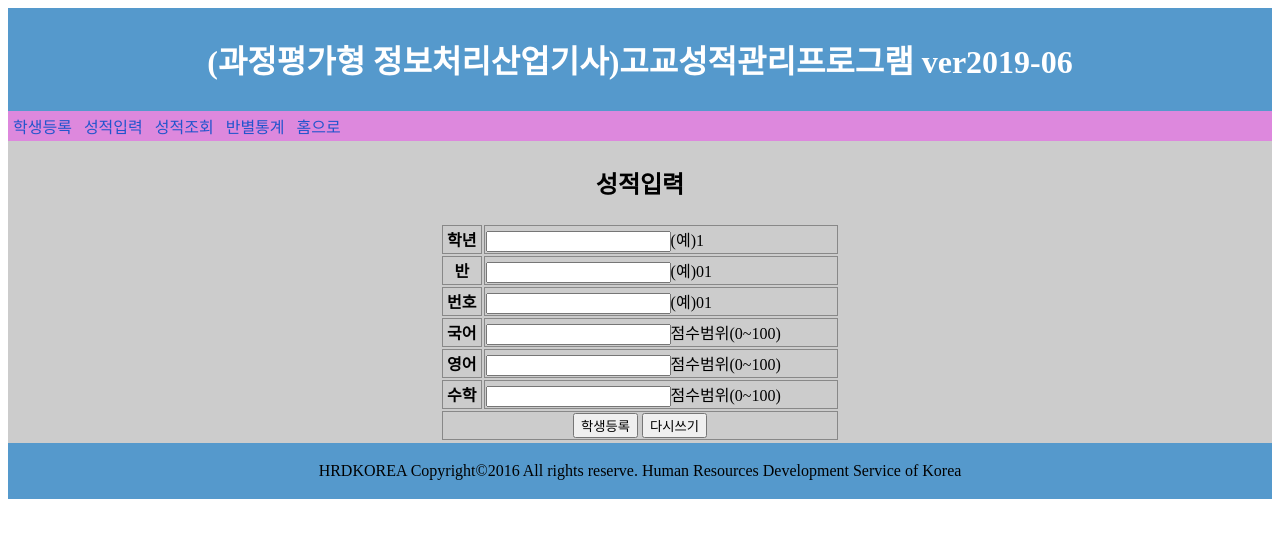
Repository: bolbbal/jdbc
Page: http://localhost/cbq_99/sub2.jsp
An editor plug-in stored every save of this project. The page is shown before and after the next save, followed by the edit.
The browser window is 1280 px wide. The pictures show the whole page.
The page is served by Tomcat 9. Other server files are loaded and not shown.

Above is the page before, as saved 2024-08-26 07:54:47.

### javastudy18/jspStudy/cbq_99/cbq_99/WebContent/sub2.jsp
<%@ page language="java" contentType="text/html; charset=UTF-8"
	pageEncoding="UTF-8"%>
<%@ page import="Model.*"%>
<%@ page import="java.sql.*"%>
<%@ page import="java.util.*"%>
<%@ page import="java.text.*"%>
<!DOCTYPE html>
<html>
<head>
<meta charset="UTF-8">
<title>고교성적관리</title>
<style>
header {
	background: #59c;
	padding: 1px;
}

h1 {
	color: #fff;
	text-align: center;
	padding: 6px
}

nav {
	background: #D8D;
	padding: 1px
}

a {
	text-decoration: none;
	color: #25C;
	display: inline-block;
	padding: 2px 4px;
}

section {
	padding: 1px;
	background: #CCC;
}

h2 {
	text-align: center;
	padding: 3px;
}

footer {
	background: #59c;
	padding: 1px;
}

footer p {
	text-align: center;
	padding: 2px;
}

tr, th, td {
	border-style: solid;
	border-width: 1px;
	border-color: #888;
}

table {
	margin: 0 auto;
	width:400px;
}
</style>
<script type="text/javascript">
	function check() {
		if (my.syear.value == "") {
			alert("학년정보가 입력되지 않았습니다!");
			my.syear.focus();
			return false;
		}
		if (my.sclass.value == "") {
			alert("반정보가 입력되지 않았습니다!");
			my.sclass.focus();
			return false;
		}
		if (my.sno.value == "") {
			alert("번호정보가 입력되지 않았습니다!");
			my.sno.focus();
			return false;
		}
		if (my.kor.value == "") {
			alert("국어성적이 입력되지 않았습니다!");
			my.kor.focus();
			return false;
		}
		if (my.eng.value == "") {
			alert("영어성적이 입력되지 않았습니다!");
			my.eng.focus();
			return false;
		}
		if (my.mat.value == "") {
			alert("수학성적이 입력되지 않았습니다!");
			my.mat.focus();
			return false;
		}
		alert("성적입력이 정상적으로 등록되었습니다!");
		return true;

	}
</script>
</head>
<body>
	<header>
		<h1>(과정평가형 정보처리산업기사)고교성적관리프로그램 ver2019-06</h1>
	</header>
	<nav>
		<a href="sub1.jsp">학생등록</a>
		<a href="sub2.jsp">성적입력</a>
		<a href="sub3.jsp">성적조회</a>
		<a href="sub4.jsp">반별통계</a>
		<a href="index.jsp">홈으로</a>
	</nav>
	<section>
		<h2>성적입력</h2>
		<form name="my" method="post" action="sub2pro.jsp" onsubmit="return check()">
			<table>
				<tr>
					<th>학년</th>
					<td><input type="text" name="syear">(예)1</td>
				</tr>
				<tr>
					<th>반</th>
					<td><input type="text" name="sclass">(예)01</td>
				</tr>
				<tr>
					<th>번호</th>
					<td><input type="text" name="sno">(예)01</td>
				</tr>
				<tr>
					<th>국어</th>
					<td><input type="text" name="kor">점수범위(0~100)</td>
				</tr>
				<tr>
					<th>영어</th>
					<td><input type="text" name="eng">점수범위(0~100)</td>
				</tr>
				<tr>
					<th>수학</th>
					<td><input type="text" name="mat">점수범위(0~100)</td>
				</tr>
				<tr>
					<td colspan="2" style="text-align: center;">
					<input type="submit" value="학생등록">
					<input type="reset" value="다시쓰기" onclick="alert('정보를 지우고 처음부터 다시 입력합니다!')"></td>
				</tr>
			</table>
		</form>
	</section>
	<footer>
		<p>HRDKOREA Copyright&copy;2016 All rights reserve. Human Resources Development Service of Korea</p>
	</footer>
</body>
</html>

After the next save:
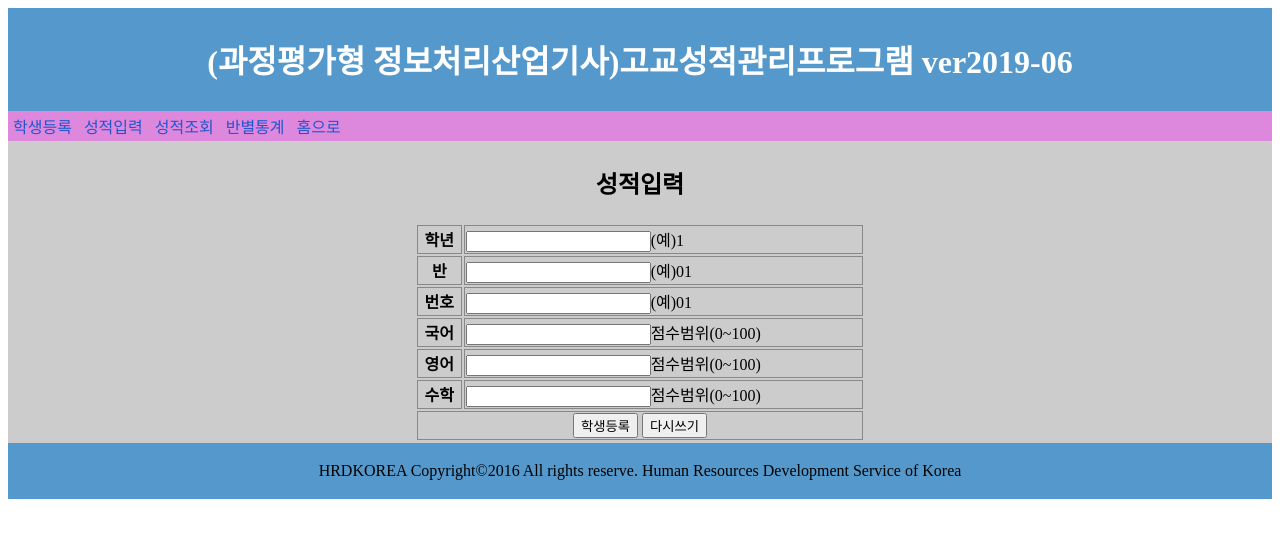
Saved 4 s later.
--- a/javastudy18/jspStudy/cbq_99/cbq_99/WebContent/sub2.jsp
+++ b/javastudy18/jspStudy/cbq_99/cbq_99/WebContent/sub2.jsp
@@ -61,7 +61,7 @@
 
 table {
 	margin: 0 auto;
-	width:400px;
+	width:450px;
 }
 </style>
 <script type="text/javascript">
